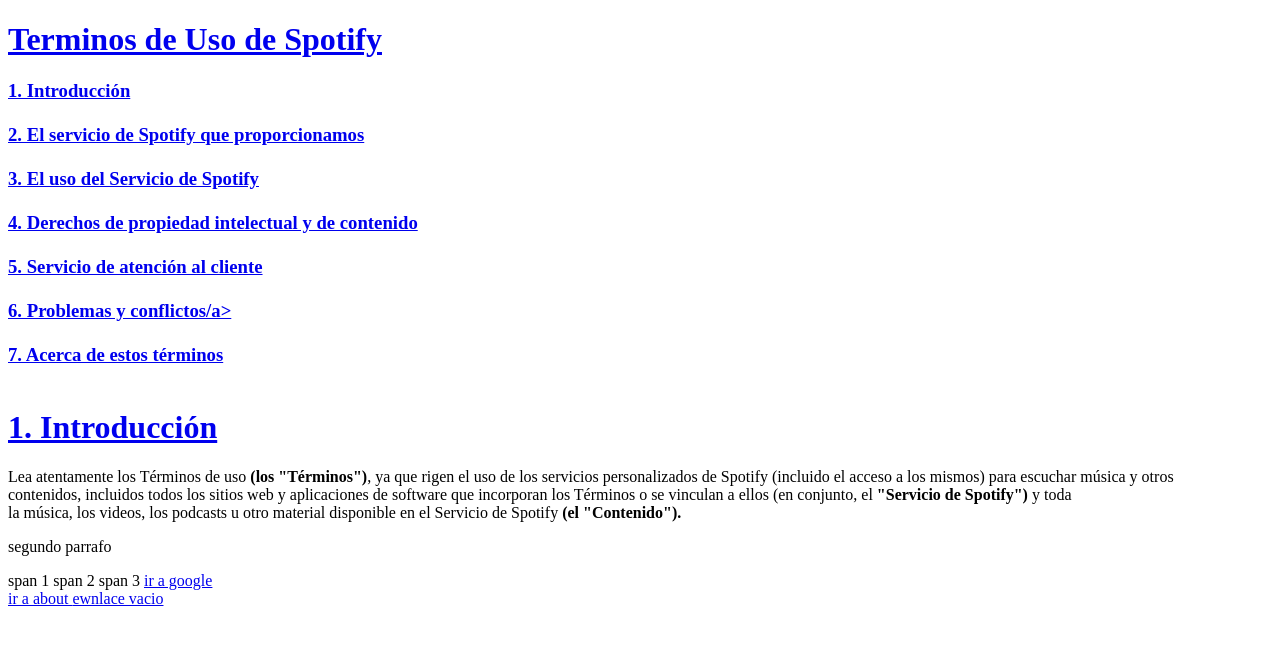
Repository: Devbenitez/Gen_30
Page: Gen_30/maquetado/index.html
An editor plug-in stored every save of this project. The page is shown before and after the next save, followed by the edit.
The browser window is 1280 px wide. The pictures show the whole page.

Above is the page before, as saved 2023-10-31 04:01:43.

### Gen_30/maquetado/index.html
<!DOCTYPE html>
<!-- especificamos el lenguage con el que trabaja nuestra pagina -->
<html lang="es">
  <head>
    <meta charset="UTF-8" />
    <meta name="description" content="Primera pagina del modulo de Maquetado" />
    <meta name="author" content="Daniel Benitez" />
    <title>Maquetado - clase 1</title>
  </head>
  <body>
    <!-- etiquetas contededores -->
    <!-- <div>asdasdasd</div>
    <section>dasdasdasd</section>
    <article>asdasd</article>
    <main>
-->
    <main>
      <!--  etiquetas de texto -->
      <h1>
        <a href="#"> Terminos de Uso de Spotify</a></h1>

      <h3>
        <a href="#">1. Introducción</a>
        <br />
        <br />
        <a href="#">2. El servicio de Spotify que proporcionamos</a>
        <br />
        <br />
        <a href="#">3. El uso del Servicio de Spotify</a>
        <br />
        <br />
        <a href="#">4. Derechos de propiedad intelectual y de contenido</a>
        <br />
        <br />
        <a href="#">5. Servicio de atención al cliente</a>
        <br />
        <br />
        <a href="#">6. Problemas y conflictos/a>
        <br />
        <br />
        <a href="#">7. Acerca de estos términos</a>
        <br />
        <br />
      </h3>
      <h1>
        <a href="#"> 1. Introducción</a></h1>

      <!-- parrafos -->
      <p>
        Lea atentamente los Términos de uso <b>(los "Términos")</b>, ya que rigen el uso de los servicios personalizados de Spotify (incluido el acceso a los mismos) para escuchar música y otros <br />
         contenidos, incluidos todos los sitios web y aplicaciones de software que incorporan los Términos o se vinculan a ellos (en conjunto, el <b>"Servicio de Spotify")</b> y toda <br />
          la música, los videos, los podcasts u otro material disponible en el Servicio de Spotify <b>(el "Contenido").</b><br />
      </p>
      <p>segundo parrafo</p>
      <!-- spans -->
      <span> span 1 </span>
      <span> span 2 </span>
      <span> span 3</span>
      <!-- enlaces -->
      <a href="https://www.google.com/" target="_blank"> ir a google </a>
      <br />
      <a href="./pages/about.html"> ir a about </a>
      <a href="#"> ewnlace vacio </a>
      <!-- imagenes
            .jpg | .jpeg
            .png
            .gif
            .svg
            .webp
     -->
        </main>
  </body>
</html>

After the next save:
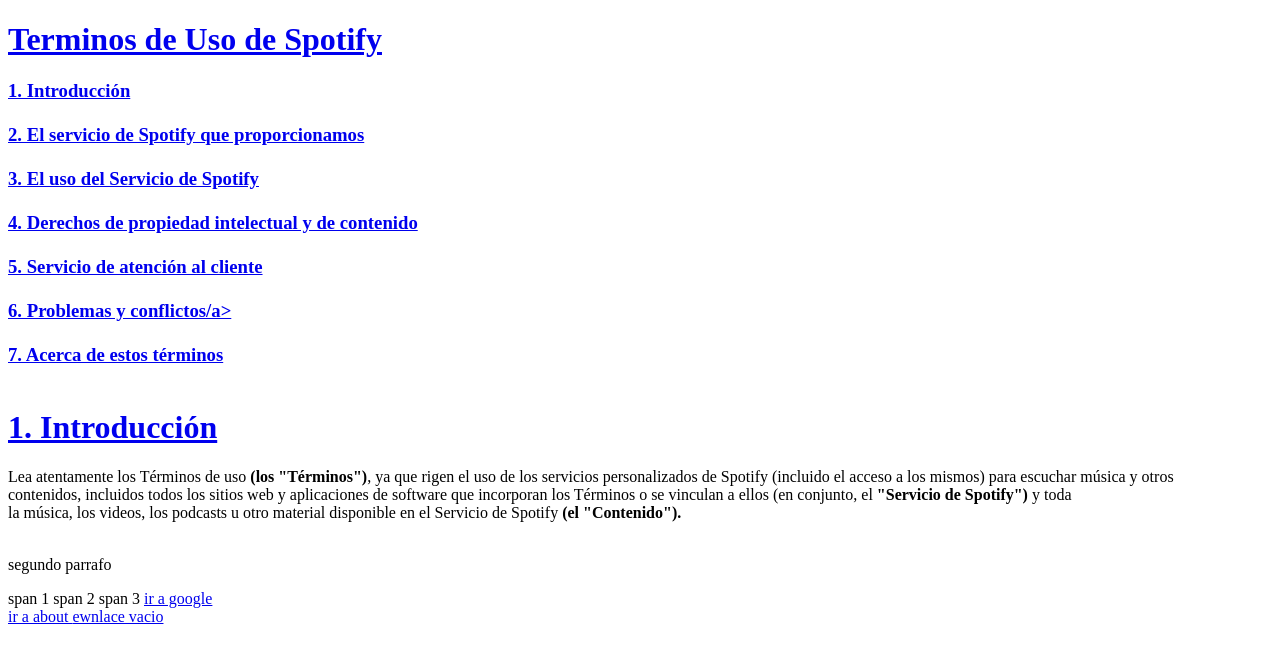
Saved 3 min 19 s later.
--- a/Gen_30/maquetado/index.html
+++ b/Gen_30/maquetado/index.html
@@ -49,7 +49,7 @@
       <p>
         Lea atentamente los Términos de uso <b>(los "Términos")</b>, ya que rigen el uso de los servicios personalizados de Spotify (incluido el acceso a los mismos) para escuchar música y otros <br />
          contenidos, incluidos todos los sitios web y aplicaciones de software que incorporan los Términos o se vinculan a ellos (en conjunto, el <b>"Servicio de Spotify")</b> y toda <br />
-          la música, los videos, los podcasts u otro material disponible en el Servicio de Spotify <b>(el "Contenido").</b><br />
+          la música, los videos, los podcasts u otro material disponible en el Servicio de Spotify <b>(el "Contenido").</b><br /><br />
       </p>
       <p>segundo parrafo</p>
       <!-- spans -->
